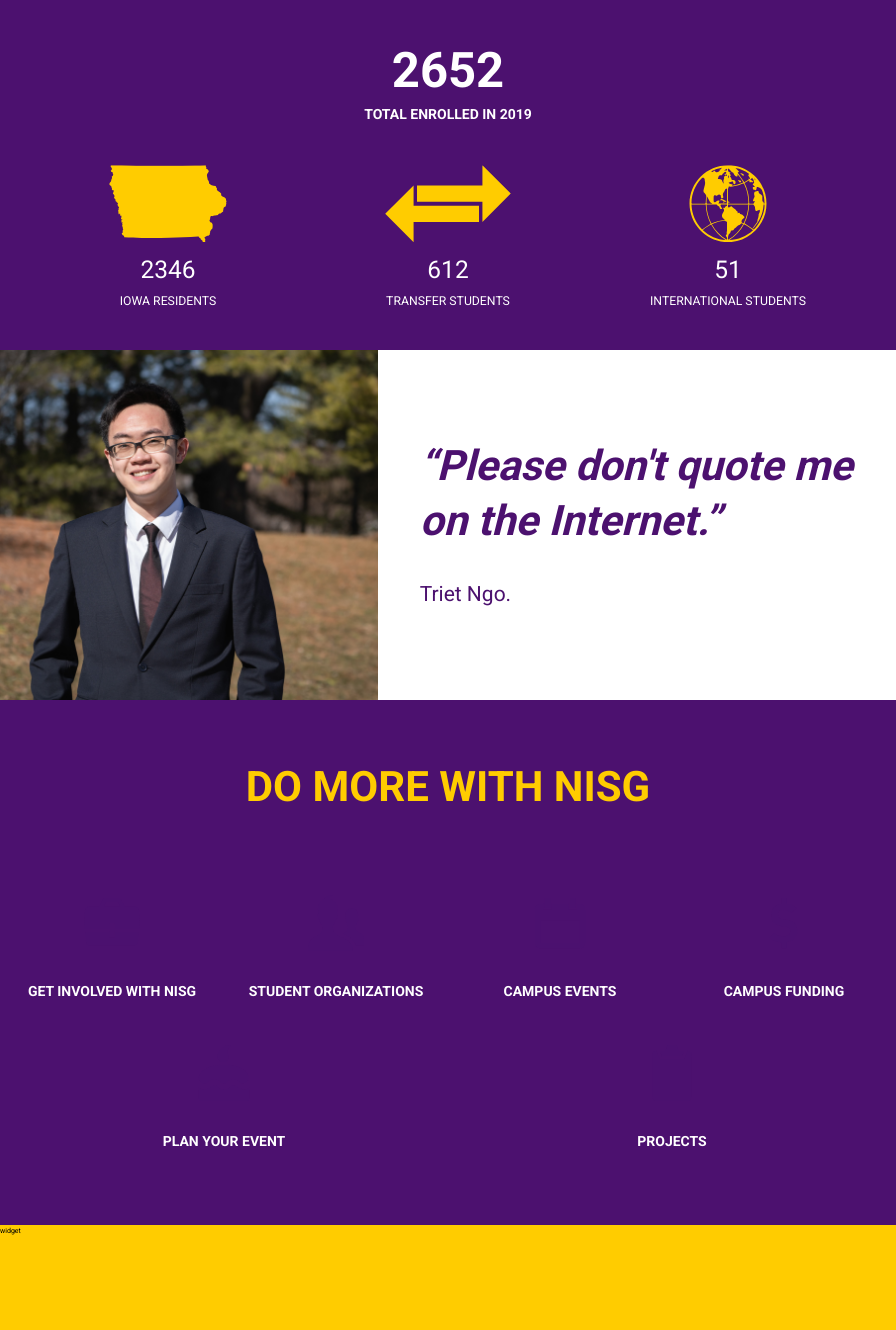
Repository: trietngo/nisg
Page: index.html
The author's editor kept a copy of each file at every save. The page is drawn from the files as they stood at one save, then again after the next save.
The browser window is 1280 px wide. The pictures show the part of the page from y = 720 to 2620 px (the page is 3270 px tall), at 70% of full size.
Some web fonts or font styles are not loaded; a fallback is used. The style sheet was rebuilt from its Sass, Less or Tailwind sources for each picture, by a compiler version that may differ from the author's.

Above is the page before, as saved 2020-08-29 15:26:01.

### index.html
<!DOCTYPE html>
<html lang="en">
    <head>
        <meta charset="UTF-8">
        <meta name="viewport" content="width=device-width, initial-scale=1.0">

        <link href="https://fonts.googleapis.com/css2?family=Roboto:wght@100;300;400;500;700;900&display=swap" rel="stylesheet">
        <link href="https://fonts.googleapis.com/css2?family=Sedgwick+Ave&display=swap" rel="stylesheet">
        <link href="https://fonts.googleapis.com/css2?family=Sriracha&display=swap" rel="stylesheet">

        <link rel="stylesheet" href="css/style.css">

        <title>Proposed NISG Website</title>
    </head>

    <body>

        <header class="header">
            <div class="header__upper">
                <div class="header__container--left">
                    <img class="header__logo" src="img/New NISG Logo - White-01.png" alt="NISG Logo">
                    <div class="header__title">Northern Iowa Student Government</div>
                </div>

                <div class="header__container--right">
                    <a href="https://uni.edu" class="header__external">VISIT UNI WEBSITE</a>

                    <input type="text" name="" class="header__searchbar" id="" placeholder="Search NISG">
                    <ul class="header__nav">
                        <li><a class="header__link" href="#">News</a></li>
                        <li><a class="header__link" href="#">Resources</a></li>
                        <li><a class="header__link" href="#">Services</a></li>
                        <li><a class="header__link" href="#">Applications</a></li>
                        <li><a class="header__link" href="#">Student Organizations</a></li>
                        <li><a class="header__link" href="#">About</a></li>
                        <li><a class="header__link btn header__contact" href="#">Contact Us</a></li>
                    </ul>
                </div>
            </div>

            <div class="header__lower">

                <video class="header__video" autoplay muted loop>
                    <source src="img/Website.mp4" type="video/mp4">
                </video>

                <div class="header__overlay">
                    <p class="header__overlay--title">BY UNI STUDENTS.<br>FOR UNI STUDENTS.</p>
                    <p class="header__overlay--subtitle">Serving UNI students is NISG's top priority.</p>
                    <a href="#" class="header__overlay--about btn">About NISG</a>
                </div>

            </div>

        </header>

        <main>

            <section id="enroll">
                <div class="enrollment">
                    <div class="enrollment__total">
                        <div class="enrollment__total--title counter" title="10497">
                            0
                        </div>

                        <div class="enrollment__total--subtitle">TOTAL ENROLLED IN 2019</div>

                    </div>

                    <div class="enrollment__breakdown">
                        <div class="enrollment__category">
                            <img class="enrollment__category--icon" src="img/iowa-icon.svg" alt="Iowa icon">
                            <p class="enrollment__category--title counter" title="9394">0</p>
                            <p class="enrollment__category--subtitle">IOWA RESIDENTS</p>
                        </div>
                        <div class="enrollment__category">
                            <img class="enrollment__category--icon" src="img/transfer-icon.svg" alt="Transfer icon">
                            <p class="enrollment__category--title counter" title="2568">0</p>
                            <p class="enrollment__category--subtitle">TRANSFER STUDENTS</p>
                        </div>
                        <div class="enrollment__category">
                            <img class="enrollment__category--icon" src="img/globe-icon.svg" alt="Globe icon">
                            <p class="enrollment__category--title counter" title="385">0</p>
                            <p class="enrollment__category--subtitle">INTERNATIONAL STUDENTS</p>
                        </div>
                    </div>
                </div>
            </section>

            <section id="quotes">
                <div class="testimonials">

                    <img class="testimonials__img" src="img/Triet.jpg" alt="">

                    <div class="testimonials__quote">
                        <p class="quote">&ldquo;Please don't quote me on the Internet.&rdquo;</p>

                        <p class="subquote">Triet Ngo.</p>
                    </div>

                </div>
            </section>

            <section id="services">
                <div class="selection">

                    <div class="selection__title">
                        DO MORE WITH NISG
                    </div>

                    <div class="selection__wrapper">
                        <a href="#" class="selection__link">
                            <div class="selection__items">
                                <img class="selection__icon" src="img/SVG/briefcase.svg" alt="holding-hands">
                                <p class="selection__details">GET INVOLVED WITH NISG</p>
                            </div>
                        </a>

                        <a href="#" class="selection__link">
                            <div class="selection__items">
                                <img class="selection__icon" src="img/SVG/users.svg" alt="holding-hands">
                                <p class="selection__details">STUDENT ORGANIZATIONS</p>
                            </div>
                        </a>

                        <a href="#" class="selection__link">
                            <div class="selection__items">
                                <img class="selection__icon" src="img/SVG/calendar.svg" alt="holding-hands">
                                <p class="selection__details">CAMPUS EVENTS</p>
                            </div>
                        </a>

                        <a href="#" class="selection__link">
                            <div class="selection__items">
                                <img class="selection__icon" src="img/SVG/credit.svg" alt="holding-hands">
                                <p class="selection__details">CAMPUS FUNDING</p>
                            </div>
                        </a>

                        <a href="#" class="selection__link">
                            <div class="selection__items">
                                <img class="selection__icon" src="img/SVG/cake.svg" alt="holding-hands">
                                <p class="selection__details">PLAN YOUR EVENT</p>
                            </div>
                        </a>

                        <a href="#" class="selection__link">
                            <div class="selection__items">
                                <img class="selection__icon" src="img/SVG/clipboard.svg" alt="holding-hands">
                                <p class="selection__details">PROJECTS</p>
                            </div>
                        </a>
                    </div>
                </div>
            </section>

            <section id="news">
                <div class="widget">
                    widget
                </div>
            </section>

        </main>

        <footer class="footer">
            footer
        </footer>

        <script src="script.js"></script>
    </body>
</html>

### script.js
const counters = document.querySelectorAll(".counter"); // Select all elements with "counter" class
const speed = 200;

counters.forEach(counter => {

    const updateCount = () => {
        const target = +counter.getAttribute('title'); // Total
        let count = +counter.innerText; // Current count

        const inc = Math.floor(target / speed); //increment

        if (count < target) {
            counter.innerText = count + inc;
            setTimeout(updateCount, 100);
        } else {
            counter.innerText = target;
        }

    }
    updateCount();
});

### sass/main.scss
@import "abstract/variables";

@import "base/base";
@import "base/typography";

@import "components/button";

@import "layout/enrollment";
@import "layout/footer";
@import "layout/header";
@import "layout/news";
@import "layout/services";
@import "layout/testimonials";

### sass/abstract/_variables.scss
// COLORS

$color-primary: #4c116f;
$color-secondary: #ffcc00;
$color-tertiary: #ffffff;

### sass/base/_typography.scss
body {
    font-family: 'Roboto', sans-serif;
    font-weight: 400;
    line-height: 1.7;
}

.header__searchbar {
    font-family: 'Roboto', sans-serif;
    font-weight: 400;
    font-size: 1.5rem;
}

.header__overlay {

    &--title {
        font-family: 'Roboto', sans-serif;
        font-weight: 700;
        font-size: 6rem;
        line-height: 1.2;
    }

    &--subtitle {
        font-size: 1.75rem;
    }

    &--about {
        font-size: 2.5rem;
        font-weight: 700;
    }
}

### sass/components/_button.scss
.btn {
    color: $color-secondary !important;
    border: .2rem solid $color-secondary;
    border-radius: 1.5rem;
    padding: 1rem 2rem !important;
    transition: all .3s;
    text-decoration: none;

    &:hover {
        color: $color-primary !important;
        border-color: none;
        background-color: $color-secondary;
        transition: all .3s;
    }
}

### sass/layout/_enrollment.scss
.enrollment {
    background-color: $color-primary;
    height: 50rem;
    display: flex;
    flex-direction: column;
    align-items: center;
    justify-content: space-evenly;
    color: $color-tertiary;
    position: relative;

    @media screen and (max-width: 702px) {
        height: 70rem;
    }

    @media screen and (max-width: 515px) {
        height: 100rem;
    }

    &__total {
        text-align: center;
        font-weight: 700;

        &--title {
            font-size: 7rem;
            line-height: 1.3;
        }

        &--subtitle {
            font-size: 2rem;
        }

    }

    &__breakdown {
        display: flex;
        flex-wrap: wrap;
        align-items: flex-end;

        @media screen and (max-width: 515px) {
            flex-direction: column;
        }
    }

    &__category {
        flex: 1;
        display: flex;
        flex-direction: column;
        width: 40rem;

        @media screen and (max-width: 515px) {
            padding: 2rem;
        }

        &--icon {
            height: 12rem;
            padding-bottom: 1rem;
        }

        &--title {
            font-size: 3.5rem;
            text-align: center;
        }

        &--subtitle {
            font-size: 1.75rem;
            text-align: center;
            white-space: nowrap;
        }
    }
}

### sass/layout/_footer.scss
.footer {
    height: 30rem;
    background-color: $color-tertiary;
}

### sass/layout/_header.scss
.header {

    display: flex;
    flex-direction: column;
    height: 100vh;

    &__container--left {
        flex: 1;
        padding: 3rem 7rem;
    }

    &__container--right {
        flex: 3;
        display: flex;
        flex-direction: column;
        align-items: flex-end;
        justify-content: space-between;
        padding-bottom: 3rem;
    }

    &__upper {
        background-color: $color-primary;
        flex: 0 1 22.5rem;
        display: flex;
        flex-wrap: wrap;
    }

    &__logo {
        height: 15rem;
    }

    &__title {
        font-size: 2rem;
        font-weight: 700;
        color: $color-tertiary;
        white-space: nowrap;
    }

    &__link {
        text-decoration: none;
        font-size: 2rem;
        font-weight: 700;
        color: $color-tertiary;
        padding: 0 3.5rem;
        transition: all .3s;
        white-space: nowrap;

        &:hover {
            color: $color-secondary;
            transition: all .3s;
        }
    }

    &__nav {
        list-style-type: none;
        display: flex;
        padding-right: 6rem;
        align-content: center;
        flex-wrap: wrap;
    }


    &__external {
        display: inline;
        background-color: $color-secondary;
        padding: 2rem 5rem;
        clip-path: polygon(0 0, 100% 0, 100% 100%, 15% 100%);
        text-decoration: none;
        font-size: 2rem;
        font-weight: 700;
    }

    &__video {
        width: 100%;
        height: 100%;
        object-fit: cover;
        opacity: 0.5;
        overflow: hidden;
        position: absolute;
    }

    &__searchbar {
        border: none;
        padding: 1rem;
        padding-right: 2rem;
        padding-left: 6rem;
        text-align: right;
        border-radius: 2rem;
        margin-right: 6rem;

        &:focus {
            outline: none;
        }
    }

    &__contact {
        margin-left: 2.5rem;
    }

    //OVERLAY

    &__lower {
        background-color: $color-primary;
        flex: 1 0 40rem;
        position: relative;
    }

    &__overlay {
        height: 100%;
        width: 100%;
        display: flex;
        flex-direction: column;
        align-items: center;
        justify-content: center;
        color: $color-secondary;

        position: absolute;

        &--title {
            margin: 2rem;
            text-align: center;
        }

        &--about {
            display: inline-block;
            margin: 4rem;
        }
    }
}

### sass/layout/_news.scss
.widget {
    height: 50rem;
    background-color: $color-secondary;
}

### sass/layout/_services.scss
.selection {
    height: 50rem;
    background-color: $color-primary;
    display: flex;
    flex-direction: column;
    justify-content: space-evenly;
    align-items: center;

    @media screen and (max-width: 1816px) {
        height: 75rem;
    }

    @media screen and (max-width: 916px) {
        height: 100rem;
    }

    @media screen and (max-width: 616px) {
        height: 175rem;
    }

    &__title {
        color: $color-secondary;
        font-size: 6rem;
        font-weight: 700;
        text-align: center;
    }

    &__wrapper {
        display: flex;
        justify-items: flex-start;
        flex-wrap: wrap;
    }

    &__items {
        display: flex;
        flex-direction: column;
        width: 30rem;
        flex: 1;
        margin: 3rem 0;

    }

    &__icon {
        height: 8rem;
        margin-bottom: 4rem;
    }

    &__link {
        text-decoration: none;
        color: $color-tertiary;
        font-size: 2rem;
        font-weight: 700;
        display: flex;
        flex: 1;
        transition: all .3s;

        &:hover {
            transform: scale(1.2);
            transition: all .3s;
        }

        &:active {
            transform: scale(1.1);
        }
    }

    &__details {
        text-align: center;
    }
}

### sass/layout/_testimonials.scss
.testimonials {
    height: 50rem;
    background-color: $color-tertiary;
    display: flex;
    flex-wrap: wrap;

    @media screen and (max-width: 702px) {
        flex-direction: column;
        height: 80rem;
    }

    &__img {
        flex: 1;
        height: 100%;
        object-fit: cover;
        overflow: hidden;

        @media screen and (max-width: 702px) {
            width: 100%;
            flex: 2;
        }
    }

    &__quote {
        flex: 1.15;
        padding: 6rem;
        color: $color-primary;
        display: flex;
        flex-direction: column;
        justify-content: center;

        @media screen and (max-width: 702px) {
            flex: 1;
        }
    }

}

.quote {
    font-size: 6rem;
    font-weight: 700;
    font-style: italic;
    line-height: 1.3;
    margin: 2rem 0;
}

.subquote {
    font-size: 3rem;
    margin: 2rem 0;
}

Loaded but not shown: sass/base/_base.scss (common file)

After the next save:
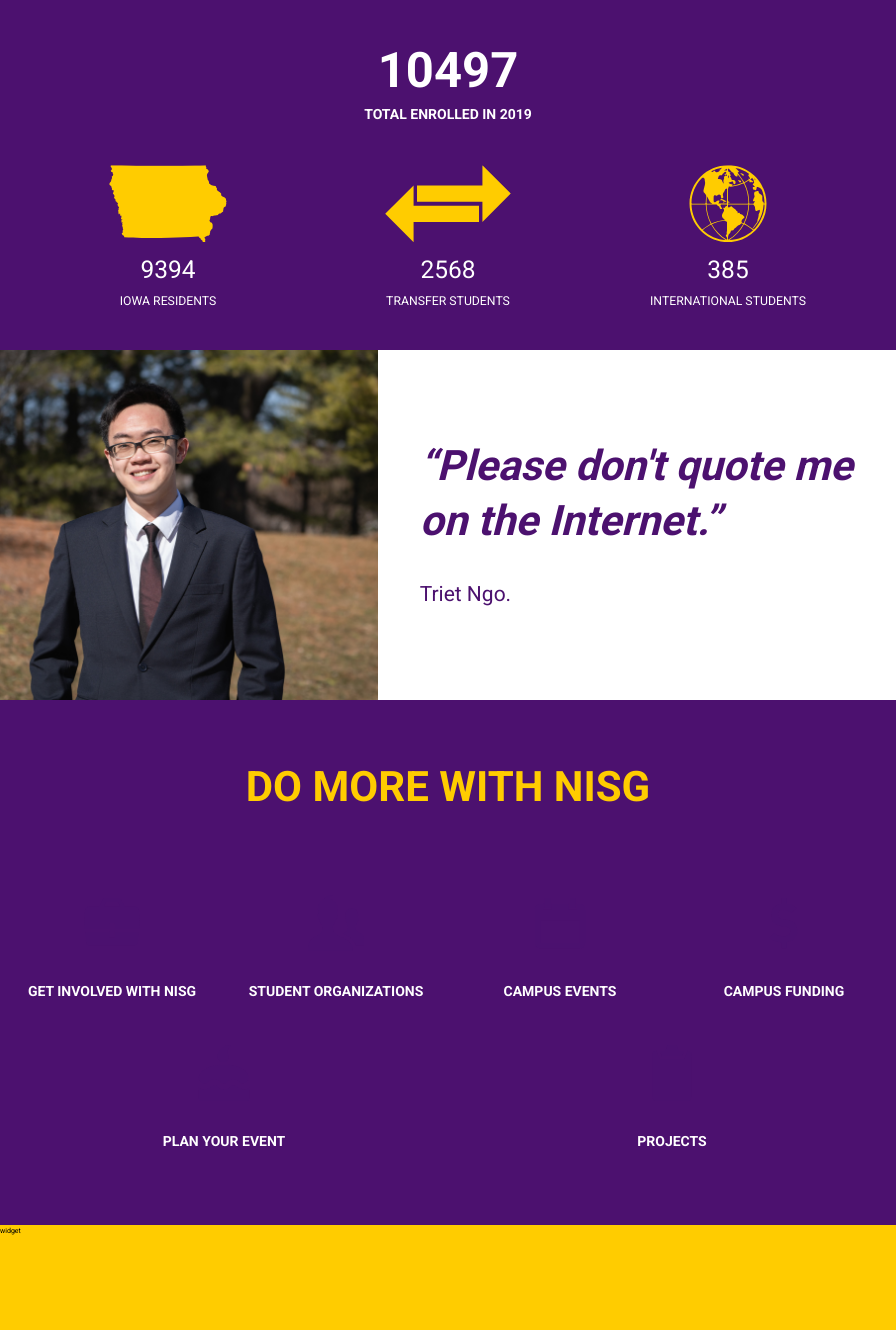
Saved 5 s later.
--- a/script.js
+++ b/script.js
@@ -11,7 +11,7 @@
 
         if (count < target) {
             counter.innerText = count + inc;
-            setTimeout(updateCount, 100);
+            setTimeout(updateCount, 1);
         } else {
             counter.innerText = target;
         }
